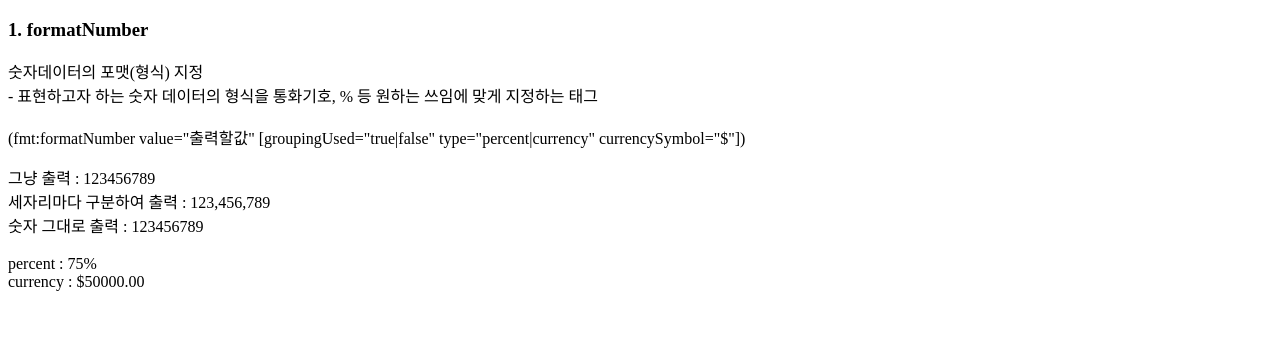
Repository: Young-27/DailyStudy
Page: http://localhost/actionProject/views/3_customAction/02_fmt.jsp
These files come from the project's save history. The page is drawn as it stood at one moment and after the next save; the edit follows.
The browser window is 1280 px wide. The pictures show the whole page.
The page is served by Tomcat 9. Other server files are loaded and not shown.

Above is the page before, as saved 2021-06-18 07:08:46.

### Server/web-workspace2/actionProject/WebContent/views/3_customAction/02_fmt.jsp
<%@ page language="java" contentType="text/html; charset=UTF-8"
    pageEncoding="UTF-8"%>
<%@ taglib prefix="fmt" uri="http://java.sun.com/jsp/jstl/fmt" %>
<%@ taglib prefix="c" uri="http://java.sun.com/jsp/jstl/core" %>
<!DOCTYPE html>
<html>
<head>
<meta charset="UTF-8">
<title>Insert title here</title>
</head>
<body>
	<h3>1. formatNumber</h3>
	<p>
		숫자데이터의 포맷(형식) 지정 <br>
		- 표현하고자 하는 숫자 데이터의 형식을 통화기호, % 등 원하는 쓰임에 맞게 지정하는 태그 <br><br>

		(fmt:formatNumber value="출력할값" [groupingUsed="true|false" type="percent|currency" currencySymbol="$"])
	</p>

	<c:set var="num1" value="123456789"/>
	<c:set var="num2" value="0.75"/>
	<c:set var="num3" value="50000"/>

	그냥 출력 : ${ num1 } <br>
	세자리마다 구분하여 출력 : <fmt:formatNumber value="${ num1 }"/> <br> <!-- groupingUsed 기본값 == true == 구분자 유 -->
	숫자 그대로 출력 : <fmt:formatNumber value="${ num1 }" groupingUsed="false"/> <br><br>
	<!-- groupingUsed : 숫자 단위의 구분자(,) 표시 여부 지정 -->

	percent : <fmt:formatNumber value="${ num2 }" type="percent"/> <br> <!-- 75% -->
	currency : <fmt:formatNumber value="${ num3 }" type="currency" groupingUsed="false" currencySymbol="$"/> <br>










</body>
</html>

After the next save:
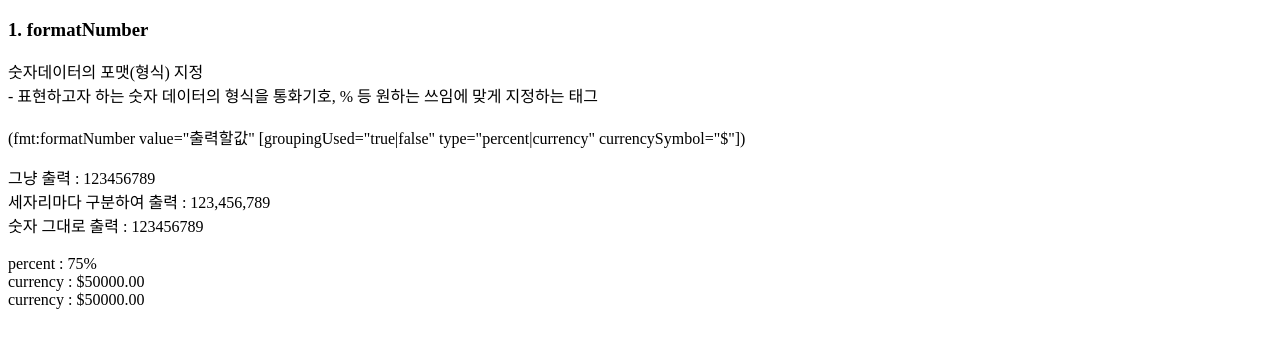
Saved 41 s later.
--- a/Server/web-workspace2/actionProject/WebContent/views/3_customAction/02_fmt.jsp
+++ b/Server/web-workspace2/actionProject/WebContent/views/3_customAction/02_fmt.jsp
@@ -27,7 +27,9 @@
 	<!-- groupingUsed : 숫자 단위의 구분자(,) 표시 여부 지정 -->
 
 	percent : <fmt:formatNumber value="${ num2 }" type="percent"/> <br> <!-- 75% -->
-	currency : <fmt:formatNumber value="${ num3 }" type="currency" groupingUsed="false" currencySymbol="$"/> <br>
+	currency : <fmt:formatNumber value="${ num3 }" type="currency" groupingUsed="false"/> <br> <!-- 원화 50000 -->
+	currency : <fmt:formatNumber value="${ num3 }" type="currency" groupingUsed="false" currencySymbol="$"/> <br> <!-- $50000 -->
+
 
 
 
